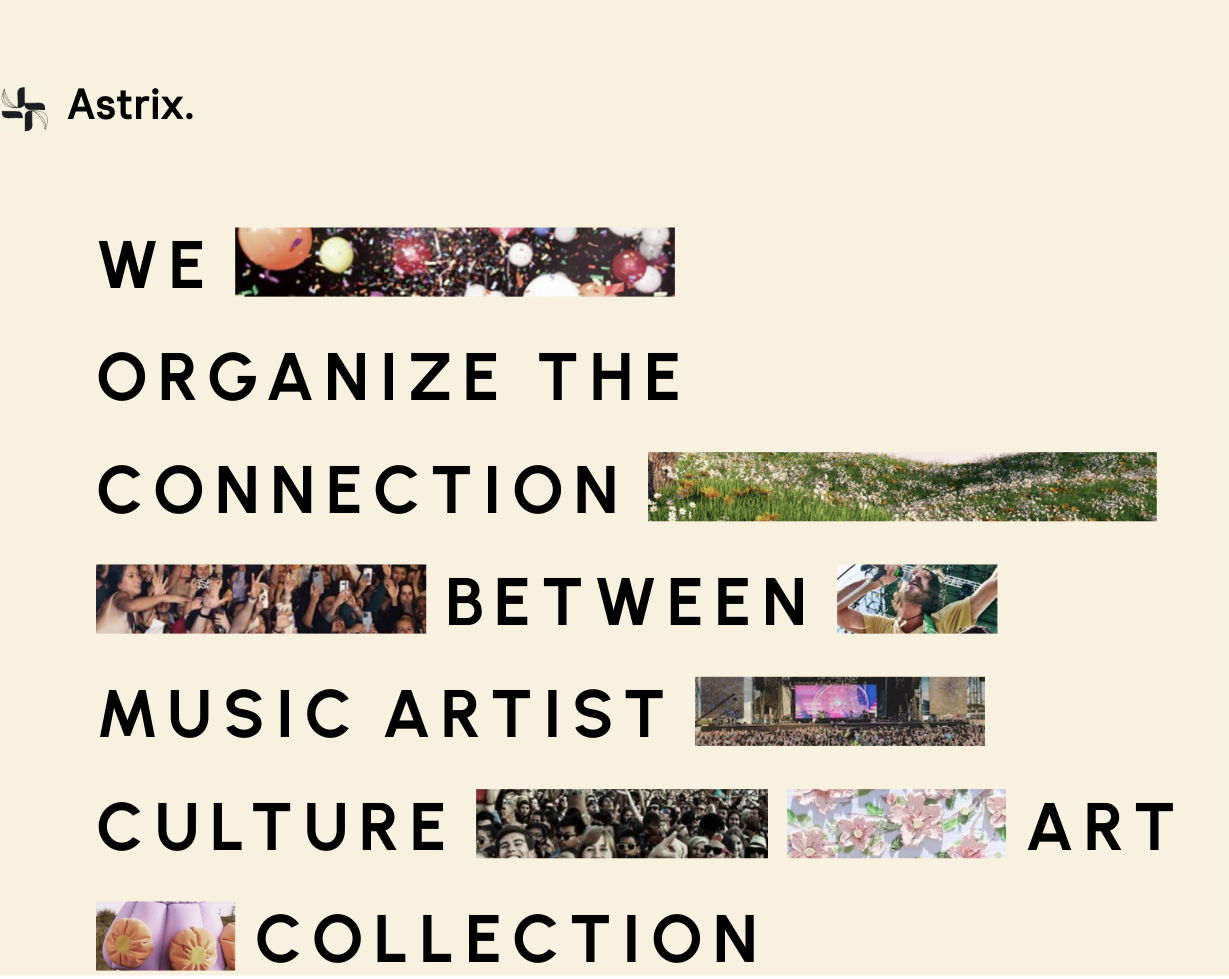
Repository: sharma171/astrix
Page: /
These files come from the project's save history. The page is drawn as it stood at one moment and after the next save; the edit follows.
The browser window is 1280 px wide. The pictures show the whole page, at 96% of full size.
The project was rebuilt for these pictures with package versions that can differ from the ones it lists, and the page was loaded fresh each time.

Above is the page before, as saved 2024-05-19 17:28:59.

After the next save:
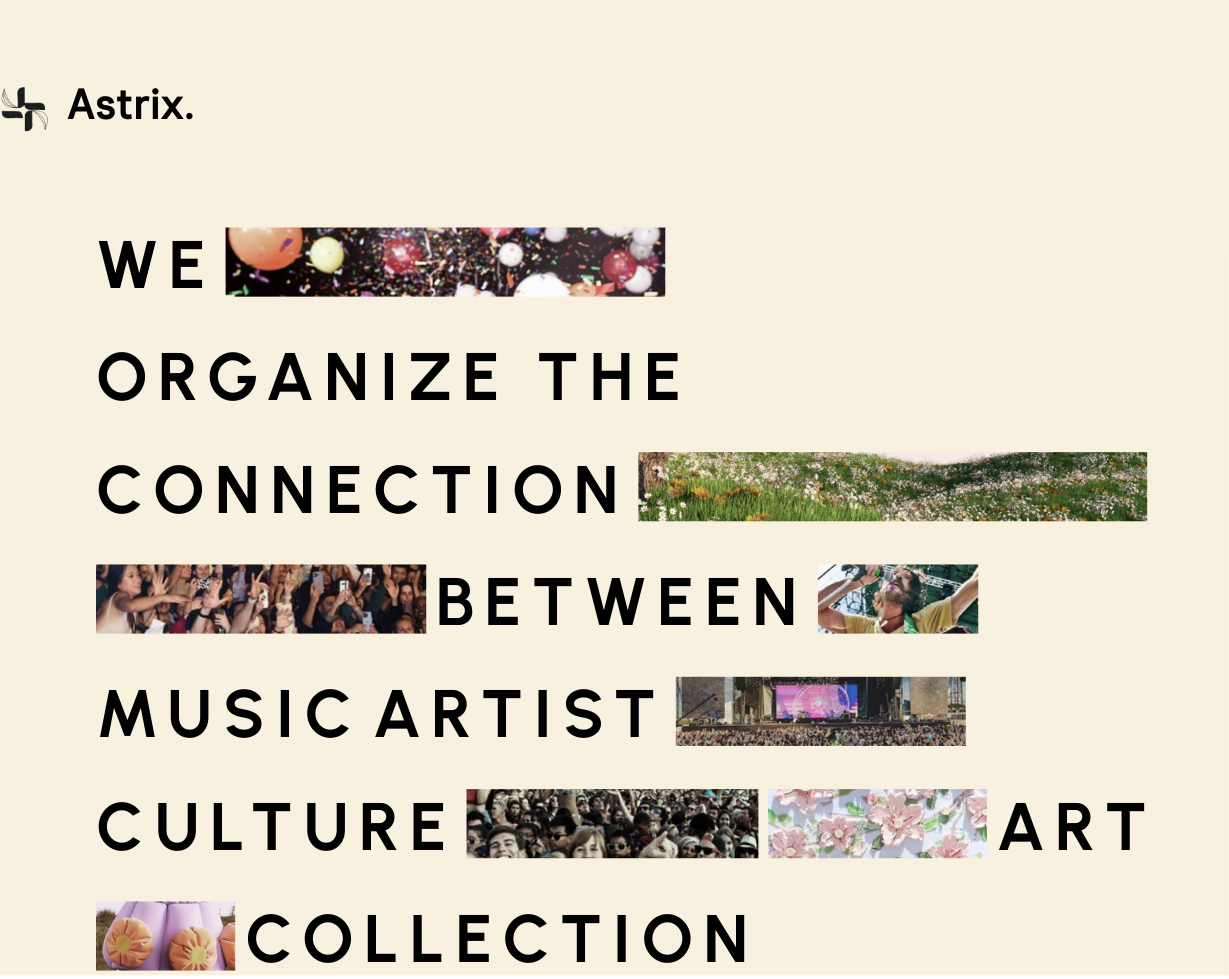
Saved 7 s later.
--- a/src/component/hero-overlay/css/hero.css
+++ b/src/component/hero-overlay/css/hero.css
@@ -10,7 +10,7 @@
 .floating-hero .hero-anim {
     flex-wrap: wrap;
     row-gap: 40px;
-    column-gap: 20px;
+    column-gap: 10px;
     padding-left: 100px;
     padding-top: 100px;
 }
